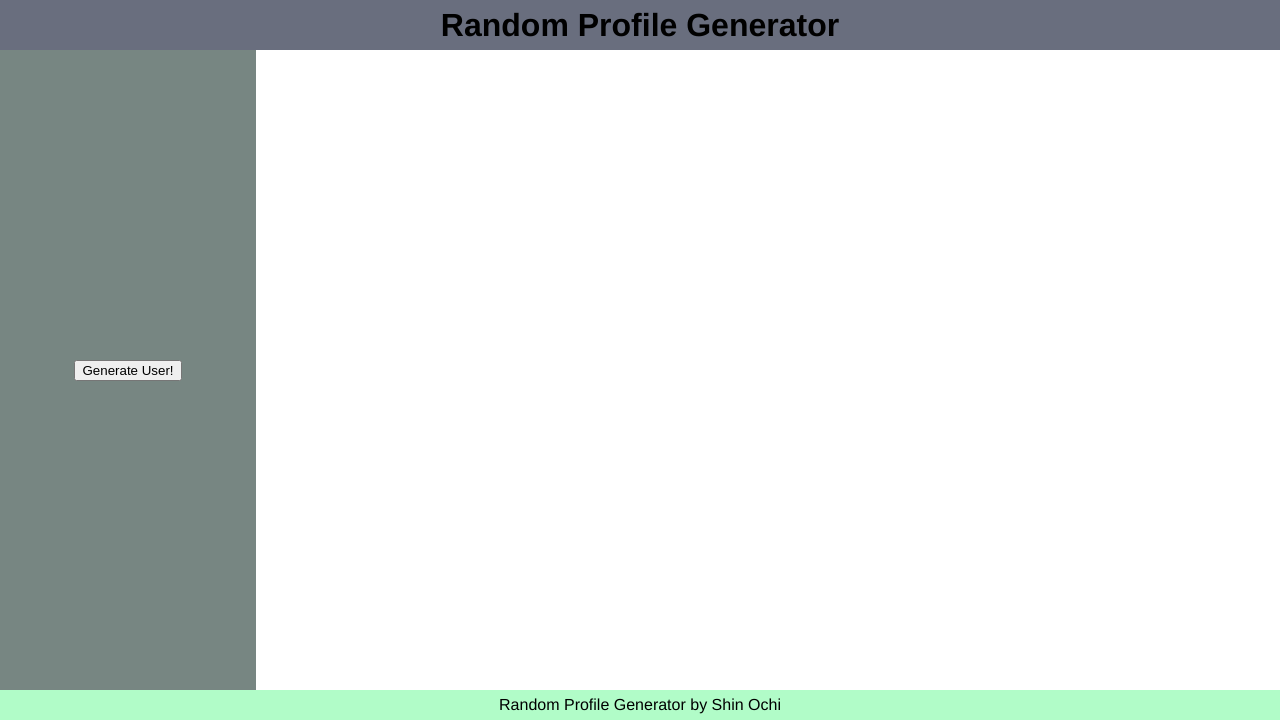
Repository: swaroopu-kr/Web-Application
Page: index.html
An editor plug-in stored every save of this project. The page is shown before and after the next save, followed by the edit.
The browser window is 1280 px wide. The pictures show the whole page.

Above is the page before, as saved 2021-11-01 16:47:30.

### index.html
<!DOCTYPE html>
<html>
  <head>
    <meta charset="utf-8">
    <meta name="viewport" content="width=device-width">
    <title>Ajax Weather Lab</title>
    <link href="./style.css" rel="stylesheet" type="text/css" />

    <script src="https://code.jquery.com/jquery-3.6.0.min.js" integrity="sha256-/xUj+3OJU5yExlq6GSYGSHk7tPXikynS7ogEvDej/m4=" crossorigin="anonymous"></script>

    <script defer src="./script.js"></script>
  </head>

  <body>

  <header>

    <h1>Random Profile Generator</h1>

    <br>
    <br>



    </header>

    <main>


    </main>

    <aside>

      <div><button id="btn">Generate User!</button></div>
   </aside>

   <footer>
    <p> Random Profile Generator by Shin Ochi</p>



  </footer>


</body>
</html>

### style.css

      * {
        box-sizing: border-box;
      }

      body {
        height: 100vh;
        margin: 0;
        font-family: Helvetica;
        display: grid;
        /* mobile first - single column */
        grid-template-columns: 1fr;
        grid-template-rows: 50px 30px auto 100px;

      }

      header {
        grid-area: hdr;
        background-color: #696e7e;
      }

      footer {
        grid-area: ftr;
        background-color: #b1fcc8;
      }

      aside{

        background-color: #0421188a;

      }





      header,
      footer,
      aside {
        display: flex;
        justify-content: center;
        align-items: center;
      }

      @media only screen and (min-width: 768px) {
        body {
          grid-template-columns: 1fr 4fr;
          grid-template-rows: 50px auto 30px;
          grid-template-areas:
          "hdr hdr"
          "side content"
          "ftr ftr";
        }

      }



      .square {
        width: 200px;
        height: 200px;
        display: flex;
        justify-content: center;
        align-items: center;
        font-size: 75px;
    }


    #p, main {
      display: flex;
      padding: 1rem;
      border-radius: 7px;
      margin: .15rem;
      text-shadow: 2px 3px 5px #000000;
      /* rem stands for root element metric - by default it's equal to 16 */
      grid-area: content;
        color: white;
        align-items: left;
    }



    .flex-grid {
      display: flex;
      flex-wrap: wrap;
      height: 500px;
    }
    .grid-item {
      flex: 1 1 calc(100% - 50px);
      background: #F90;
      border-top: solid 1px #000;
      width: 50%;
    }
    .grid-item:nth-child(odd) {
      background: #F00;
      flex: 0 0 50px;
    }

### script.js



BASE_URL = 'https://randomuser.me/api/?results=3';

const $main = $('main');


let btn = document.getElementById('btn');

btn.addEventListener("click", function () {
  fetch(BASE_URL)
    .then(parseJSON)
    .then(newUser)
});

function parseJSON(seperate) {
  return seperate.json();
}

//array info below.

function newUser(profile) {
  $main.html(`

  <div class="flex-grid">
  <div class="grid-item">


  <img src="${profile.results[0].picture.medium}">
  <p>Name: ${profile.results[0].name.first + " " + profile.results[0].name.last}</p>

  <p>Sex: ${profile.results[0].gender}</p>
  <p>Age: ${profile.results[0].dob.age}</p>
  <p>User Name: ${profile.results[0].login.username}</p>
  <p>Email: ${profile.results[0].email}</p>
  <p>Location: ${ profile.results[0].location.city + " " + profile.results[0].location.state}</p>
  <p>Phone: ${ profile.results[0].cell}</p>


  </div>


<br>
<br>

<div class="grid-item">
<img src="${profile.results[1].picture.medium}">
  <p>Name: ${profile.results[1].name.first + " " + profile.results[1].name.last}</p>
  <p>Sex: ${profile.results[1].gender}</p>
  <p>Age: ${profile.results[1].dob.age}</p>
  <p>User Name: ${profile.results[1].login.username}</p>
  <p>Email: ${profile.results[1].email}</p>
  <p>Location: ${ profile.results[1].location.city + " " + profile.results[1].location.state}</p>
  <p>Phone: ${ profile.results[1].cell}</p>
  </div>

<br>
<br>
<div class="grid-item">
<img src="${profile.results[2].picture.medium}">
  <p>Name: ${profile.results[2].name.first + " " + profile.results[2].name.last}</p>
  <p>Sex: ${profile.results[2].gender}</p>
  <p>Age: ${profile.results[2].dob.age}</p>
  <p>User Name: ${profile.results[2].login.username}</p>
  <p>Email: ${profile.results[2].email}</p>
  <p>Location: ${ profile.results[2].location.city + " " + profile.results[2].location.state}</p>
  <p>Phone: ${ profile.results[2].cell}</p>
  </div>
  <div class="grid-item">
  <br>
  <img src="${profile.results[2].picture.medium}">
  <p>Name: ${profile.results[2].name.first + " " + profile.results[2].name.last}</p>
  <p>Sex: ${profile.results[2].gender}</p>
  <p>Age: ${profile.results[2].dob.age}</p>
  <p>User Name: ${profile.results[2].login.username}</p>
  <p>Email: ${profile.results[2].email}</p>
  <p>Location: ${ profile.results[2].location.city + " " + profile.results[2].location.state}</p>
  <p>Phone: ${ profile.results[2].cell}</p>


  </div>
  </div>
`);

  return;
}

After the next save:
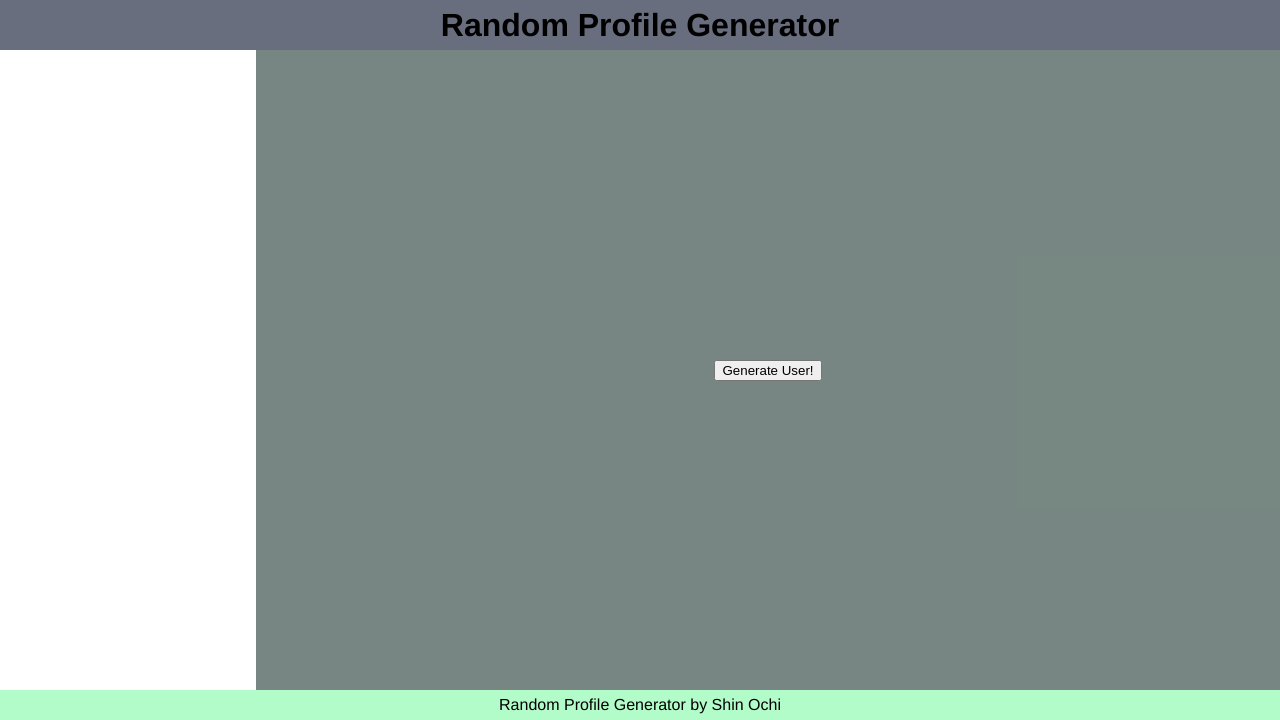
Saved 17 s later.
--- a/style.css
+++ b/style.css
@@ -73,7 +73,6 @@
       margin: .15rem;
       text-shadow: 2px 3px 5px #000000;
       /* rem stands for root element metric - by default it's equal to 16 */
-      grid-area: content;
         color: white;
         align-items: left;
     }

After the save that followed:
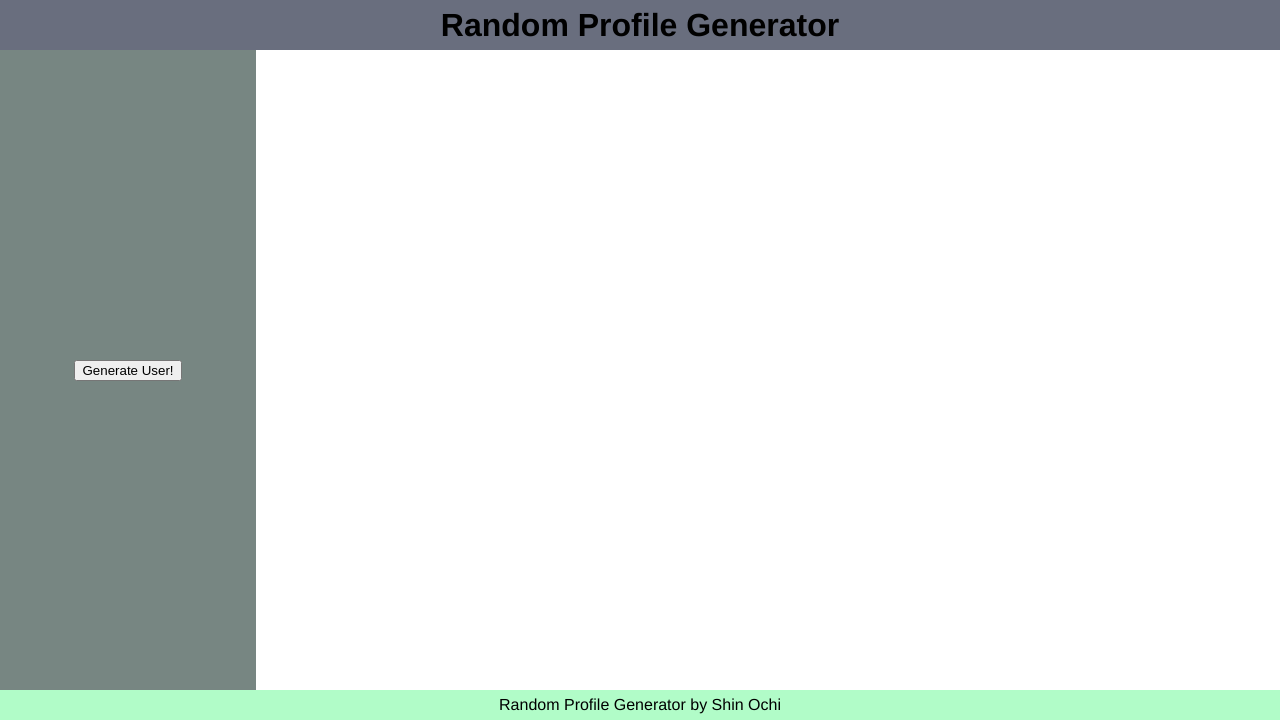
Saved 5 s later.
--- a/style.css
+++ b/style.css
@@ -73,6 +73,7 @@
       margin: .15rem;
       text-shadow: 2px 3px 5px #000000;
       /* rem stands for root element metric - by default it's equal to 16 */
+      grid-area: content;
         color: white;
         align-items: left;
     }
